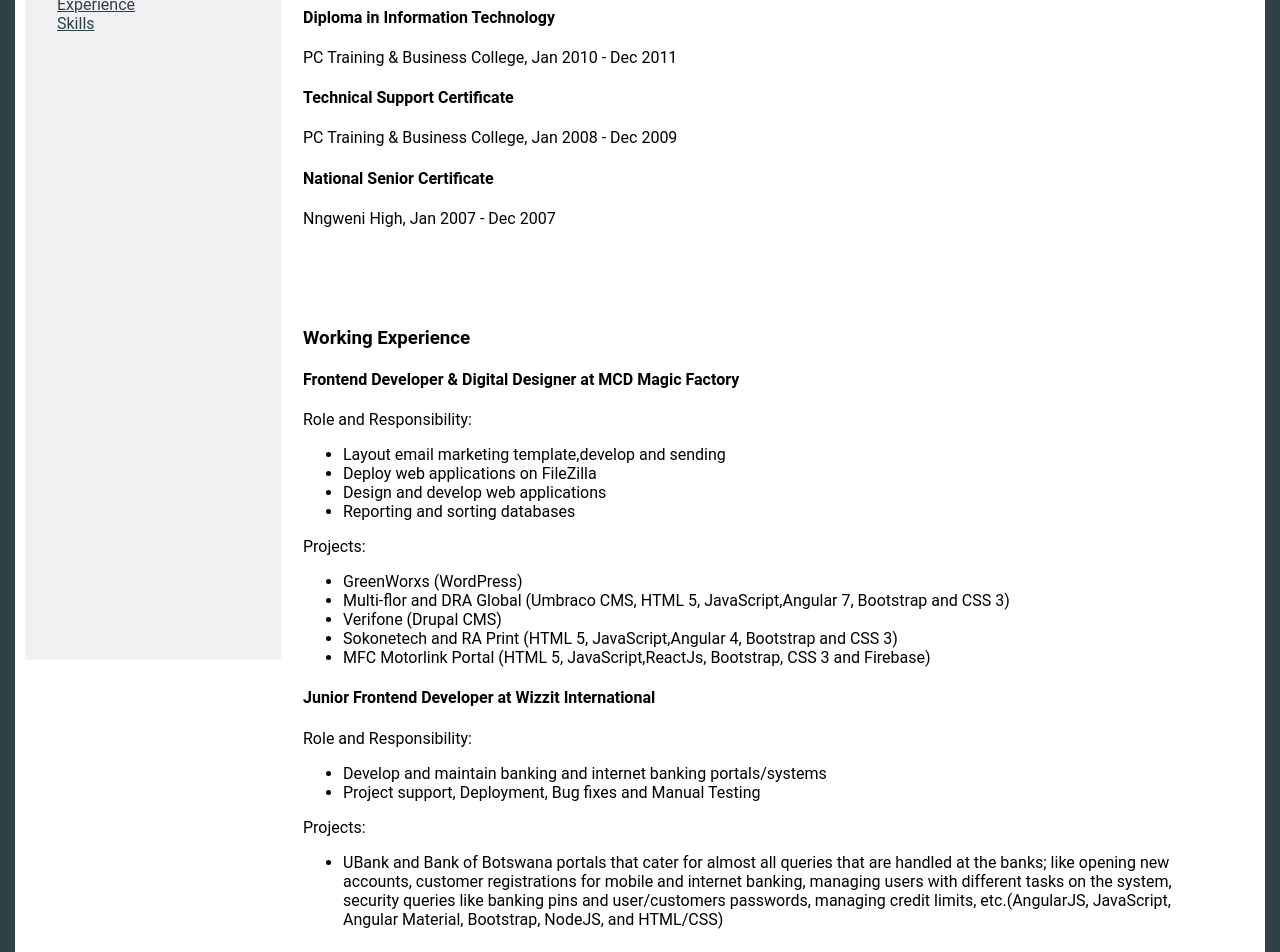
Repository: Patricious/Digital-Resume-01
Page: index.html
These files come from the project's save history. The page is drawn as it stood at one moment and after a run of saves; the edit follows.
The browser window is 1280 px wide. The pictures show the part of the page from y = 577 to 1529 px (the page is 2661 px tall before and 4120 px after).
A picture or video elsewhere on the page could not be fetched, so the positions and the page height are approximate.

Above is the page before, as saved 2021-08-23 11:03:55.

### index.html
<!DOCTYPE html>
<html>

<head>
    <title>Patricia Digital Resume</title>
    <link rel="stylesheet" type="text/css" href="css/stylesheet.css">
</head>

<body>

    <header>
        <img src="img/IMG_20200502_085519.jpg" alt="profile" width="200" height="200" />
        <h1>Patricia Mutshidza Mulaudzi</h1>
        <p>I am a passionate Software Developer who has developed websites, system portals, and email marketing templates for diverse clients. I have experience in various programming languages and I'm keen on implementing them into systems that could make
            life simpler and easier for different generations of users. I enjoy problem-solving and eagerly embrace new challenges as I learn new things. I also really enjoy working in teams and the collaboration and knowledge sharing it brings. I am
            eager for projects that can grow and further improve my development skills. I am as confident in managing my individual tasks as I am a team player. This makes me flexible when collaborating in different teams.</p>
    </header>
    <aside>
        <h2>Menu</h2>
        <ul class="nav">
            <li>
                <a href="#education">Education</a>
            </li>
            <li>
                <a href="#experience">Experience</a>
            </li>
            <li>
                <a href="#skills">Skills</a>
            </li>

        </ul>
    </aside>
    <section>
        <article>
            <h3 id="#education"> <span>Education</span>
            </h3>
            <p> Am currently up-skilling studying online Back-end course at
                <a href="https://www.codespace.co.za/courses/?matchtype=b&device=c&keyword=codespace&adgroupid=81088003381&utm_campaign=8148639553&utm_source=google&utm_medium=cpc&gclid=EAIaIQobChMIkP_7q8bG8gIV1uvtCh0w7A1-EAAYASAAEgL34vD_BwE"> CodeSpace</a>
            </p>

            <h4>Diploma in Information Technology </h4>

            <p>PC Training & Business College, Jan 2010 - Dec 2011</p>
            <h4>Technical Support Certificate </h4>


            <p>PC Training & Business College, Jan 2008 - Dec 2009</p>

            <h4>National Senior Certificate</h4>


            <p>Nngweni High, Jan 2007 - Dec 2007</p>
        </article>
    </section>
    <section>
        <article>
            <h3 id="#experience"> Working Experience</h3>
            <h4>Frontend Developer & Digital Designer at MCD Magic Factory
            </h4>
            <p>Role and Responsibility:</p>
            <ul>
                <li>Layout email marketing template,develop and sending</li>
                <li> Deploy web applications on FileZilla</li>
                <li>Design and develop web applications</li>
                <li>Reporting and sorting databases</li>
            </ul>
            <p>Projects:</p>
            <ul>
                <li>GreenWorxs (WordPress)</li>
                <li>Multi-flor and DRA Global (Umbraco CMS, HTML 5, JavaScript,Angular 7, Bootstrap and CSS 3)</li>
                <li>Verifone (Drupal CMS)</li>
                <li>Sokonetech and RA Print (HTML 5, JavaScript,Angular 4, Bootstrap and CSS 3)</li>
                <li>MFC Motorlink Portal (HTML 5, JavaScript,ReactJs, Bootstrap, CSS 3 and Firebase)</li>
            </ul>

            <h4>Junior Frontend Developer at Wizzit International
            </h4>
            <p>Role and Responsibility:</p>
            <ul>
                <li>Develop and maintain banking and internet banking portals/systems</li>
                <li>Project support, Deployment, Bug fixes and Manual Testing</li>

            </ul>
            <p>Projects:</p>
            <ul>
                <li>UBank and Bank of Botswana portals that cater for almost all queries that are handled at the banks; like opening new accounts, customer registrations for mobile and internet banking, managing users with different tasks on the system, security
                    queries like banking pins and user/customers passwords, managing credit limits, etc.(AngularJS, JavaScript, Angular Material, Bootstrap, NodeJS, and HTML/CSS)</li>
            </ul>

            <h4>Ruby on Rails - Intern at Sable Assets
            </h4>
            <p>Role and Responsibility:</p>
            <ul>
                <li>Systems Design Document, Add new features Upgrade and maintain s legacy system (Papyrus, Cucumber, Ruby on Rails, Git, JavaScript, CSS and HTML5)</li>

            </ul>
            <p>Projects:</p>
            <ul>
                <li>Department of Housing System</li>
            </ul>

            <h4>Tibco Intergration - Intern at Coralite
            </h4>
            <p>Role and Responsibility:</p>
            <ul>
                <li>Develop web services applications to deployment (TIBCO BusinessWorks 5 & 6, SoapUI, JSON and Java)
                </li>
                <li>Database design (PostgreSQL)</li>
                <li>Developing organisational models (TIBCO BPM, UML and JavaScript)</li>
            </ul>
        </article>
    </section>
    <section id="#skills">
        <article>
            <h3>Skills And Interest</h3>
            <p>Skills</p>
            <ul>
                <li>AngularJS to Angular 11</li>
                <li>Html5, Css3 and Bootstrap</li>
                <li>ReactJs, JavaScript, TypeScript, NodeJS and Firebase</li>
                <li>Adobe Photoshop, Dreamweaver, XD and InDesign</li>
            </ul>
            <p>Interest </p>
            <ul>
                <li>Travelling and outdoor activities</li>
            </ul>
        </article>
    </section>
    <footer>
        <h2>Contact Details</h2>
        <a href="https://www.linkedin.com/in/patricia-mulaudzi-93b526101/"><img src="In.jpeg" alt="LinkedIN"></a>
        <a href=""><img src="fb.png" alt="Facebook"></a>
        <a href="mailto:mulaudzi689@gmail.com"><img src="Gm.png" alt="Gmail"></a>
    </footer>
</body>

</html>

### css/stylesheet.css
    body {
        font-family: 'Roboto', sans-serif;
        font-size: 100%;
        background-color: #ffffff;
        margin: 10px;
        overflow: scroll;
    }

    html {
        border: 15px solid #304145;
    }

    header {
        text-align: center;
        background-color: #304145;
        color: #ffffff;
        padding: 1em;
    }

    aside {
        background-color: #F1F1F3;
        color: #304145;
        width: 15%;
        padding: 2em;
        height: 100%;
        float: left;
        position: absolute;
        flex: 0 0 auto;
    }

    .nav {
        list-style-type: none;
        margin: 0;
        padding: 0;
    }

    a {
        color: #304145;
    }

    section {
        margin-left: 20%;
        background-color: #ffffff;
        padding: 2em;
    }

    footer {
        background-color: #304145;
        text-align: center;
        color: #ffffff;
        padding: 1em;
    }

After the next 2 saves:
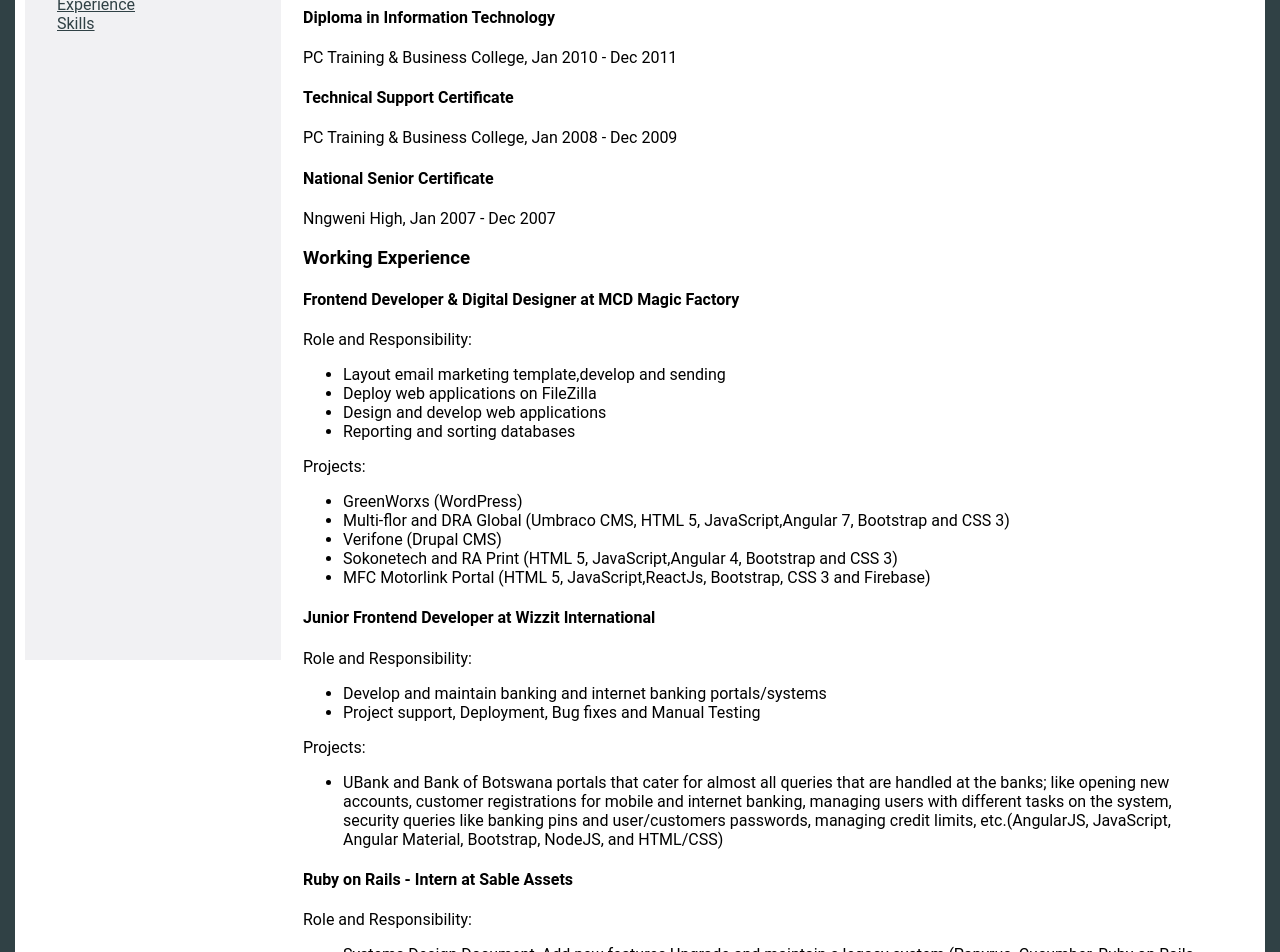
The 2 saves are shown as one change because they came seconds apart.
The last was saved 24 s later.
--- a/index.html
+++ b/index.html
@@ -50,10 +50,8 @@
 
 
             <p>Nngweni High, Jan 2007 - Dec 2007</p>
-        </article>
-    </section>
-    <section>
-        <article>
+
+
             <h3 id="#experience"> Working Experience</h3>
             <h4>Frontend Developer & Digital Designer at MCD Magic Factory
             </h4>
@@ -108,11 +106,9 @@
                 <li>Database design (PostgreSQL)</li>
                 <li>Developing organisational models (TIBCO BPM, UML and JavaScript)</li>
             </ul>
-        </article>
-    </section>
-    <section id="#skills">
-        <article>
-            <h3>Skills And Interest</h3>
+
+
+            <h3 id="#skills">Skills And Interest</h3>
             <p>Skills</p>
             <ul>
                 <li>AngularJS to Angular 11</li>
@@ -126,6 +122,99 @@
             </ul>
         </article>
     </section>
+    <section>
+        <article>
+            <h3 id="#education"> <span>Education</span>
+            </h3>
+            <p> Am currently up-skilling studying online Back-end course at
+                <a href="https://www.codespace.co.za/courses/?matchtype=b&device=c&keyword=codespace&adgroupid=81088003381&utm_campaign=8148639553&utm_source=google&utm_medium=cpc&gclid=EAIaIQobChMIkP_7q8bG8gIV1uvtCh0w7A1-EAAYASAAEgL34vD_BwE"> CodeSpace</a>
+            </p>
+
+            <h4>Diploma in Information Technology </h4>
+
+            <p>PC Training & Business College, Jan 2010 - Dec 2011</p>
+            <h4>Technical Support Certificate </h4>
+
+
+            <p>PC Training & Business College, Jan 2008 - Dec 2009</p>
+
+            <h4>National Senior Certificate</h4>
+
+
+            <p>Nngweni High, Jan 2007 - Dec 2007</p>
+
+
+            <h3 id="#experience"> Working Experience</h3>
+            <h4>Frontend Developer & Digital Designer at MCD Magic Factory
+            </h4>
+            <p>Role and Responsibility:</p>
+            <ul>
+                <li>Layout email marketing template,develop and sending</li>
+                <li> Deploy web applications on FileZilla</li>
+                <li>Design and develop web applications</li>
+                <li>Reporting and sorting databases</li>
+            </ul>
+            <p>Projects:</p>
+            <ul>
+                <li>GreenWorxs (WordPress)</li>
+                <li>Multi-flor and DRA Global (Umbraco CMS, HTML 5, JavaScript,Angular 7, Bootstrap and CSS 3)</li>
+                <li>Verifone (Drupal CMS)</li>
+                <li>Sokonetech and RA Print (HTML 5, JavaScript,Angular 4, Bootstrap and CSS 3)</li>
+                <li>MFC Motorlink Portal (HTML 5, JavaScript,ReactJs, Bootstrap, CSS 3 and Firebase)</li>
+            </ul>
+
+            <h4>Junior Frontend Developer at Wizzit International
+            </h4>
+            <p>Role and Responsibility:</p>
+            <ul>
+                <li>Develop and maintain banking and internet banking portals/systems</li>
+                <li>Project support, Deployment, Bug fixes and Manual Testing</li>
+
+            </ul>
+            <p>Projects:</p>
+            <ul>
+                <li>UBank and Bank of Botswana portals that cater for almost all queries that are handled at the banks; like opening new accounts, customer registrations for mobile and internet banking, managing users with different tasks on the system, security
+                    queries like banking pins and user/customers passwords, managing credit limits, etc.(AngularJS, JavaScript, Angular Material, Bootstrap, NodeJS, and HTML/CSS)</li>
+            </ul>
+
+            <h4>Ruby on Rails - Intern at Sable Assets
+            </h4>
+            <p>Role and Responsibility:</p>
+            <ul>
+                <li>Systems Design Document, Add new features Upgrade and maintain s legacy system (Papyrus, Cucumber, Ruby on Rails, Git, JavaScript, CSS and HTML5)</li>
+
+            </ul>
+            <p>Projects:</p>
+            <ul>
+                <li>Department of Housing System</li>
+            </ul>
+
+            <h4>Tibco Intergration - Intern at Coralite
+            </h4>
+            <p>Role and Responsibility:</p>
+            <ul>
+                <li>Develop web services applications to deployment (TIBCO BusinessWorks 5 & 6, SoapUI, JSON and Java)
+                </li>
+                <li>Database design (PostgreSQL)</li>
+                <li>Developing organisational models (TIBCO BPM, UML and JavaScript)</li>
+            </ul>
+
+
+            <h3 id="#skills">Skills And Interest</h3>
+            <p>Skills</p>
+            <ul>
+                <li>AngularJS to Angular 11</li>
+                <li>Html5, Css3 and Bootstrap</li>
+                <li>ReactJs, JavaScript, TypeScript, NodeJS and Firebase</li>
+                <li>Adobe Photoshop, Dreamweaver, XD and InDesign</li>
+            </ul>
+            <p>Interest </p>
+            <ul>
+                <li>Travelling and outdoor activities</li>
+            </ul>
+        </article>
+    </section>
+
     <footer>
         <h2>Contact Details</h2>
         <a href="https://www.linkedin.com/in/patricia-mulaudzi-93b526101/"><img src="In.jpeg" alt="LinkedIN"></a>
